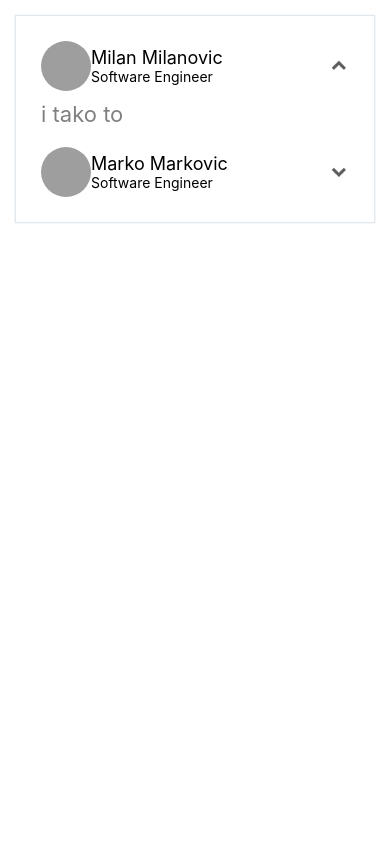
Repository: likanbl/intern-feature
Screen: /, after clicking the first element matching `div.r-alignItems-1awozwy`
These files come from the project's save history. The screen is drawn as it stood at one moment and after the next save; the edit follows.
Pictures or frames that could not be fetched are drawn as grey boxes. The app was drawn by React Native's web renderer in a window 390 px wide. The project was rebuilt for these pictures with package versions that can differ from the ones it lists, and the page was loaded fresh each time.

Above is the screen before, as saved 2019-09-13 13:50:15.

### App.js
/**
 * Sample React Native App
 * https://github.com/facebook/react-native
 *
 * @format
 * @flow
 */

import React, {Component} from 'react';

import Home from './src/components/home/Home';

export default class App extends Component {
  render() {
    return <Home></Home>;
  }
}

### src/components/home/Home.js
import React, {Component} from 'react';
import {View, FlatList, Text, StyleSheet} from 'react-native';
import {Card} from 'react-native-elements';
import {HomeItem} from './HomeItem';

const Data = [
  {
    Name: 'Milan Milanovic',
    role: 'Software Engineer',
    more: {
      linkedIn: 'https://www.linkedin.com/feed/',
      skills: 'JavaScript, React Native',
      additionalInfo:
        'Lorem ipsum dolor sit amet, consectetur adipiscing elit, sed do eiusmod tempor incididunt ut labore et dolore magna aliqua.',
    },
  },
  {
    Name: 'Marko Markovic',
    role: 'Software Engineer',
    more: {
      linkedIn: 'https://www.linkedin.com/feed/',
      skills: 'Python, Machine Learning',
      additionalInfo:
        'Lorem ipsum dolor sit amet, consectetur adipiscing elit, sed do eiusmod tempor incididunt ut labore et dolore magna aliqua.',
    },
  },
];
export default class Home extends Component {
  renderItem = ({item}) => <HomeItem item={item} />;

  render() {
    return (
      <Card>
        <View style={StyleSheet.container}>
          <FlatList
            data={Data}
            renderItem={this.renderItem}
            keyExtractor={Data.id}
          />
        </View>
      </Card>
    );
  }
}

### src/components/home/HomeItem.js
import React, {Component} from 'react';
import {
  View,
  Text,
  Image,
  TouchableWithoutFeedback,
  StyleSheet,
} from 'react-native';
import PropTypes from 'prop-types';
import {images} from '../../assets/images';
import {Avatar} from 'react-native-elements';

const propTypes = {
  item: PropTypes.object,
};

class HomeItem extends Component {
  state = {
    isSelected: false,
  };

  onPress = () => {
    this.setState((prevState, prevProps) => ({
      isSelected: !prevState.isSelected,
    }));
  };

  renderDetails = () => (
    <View style={styles.titleContainer}>
      <Text style={styles.description}>i tako to</Text>
    </View>
  );

  render() {
    const {isSelected} = this.state;
    return (
      <View style={styles.container}>
        <TouchableWithoutFeedback onPress={this.onPress}>
          <View style={styles.titleContainer}>
            <Avatar
              size="medium"
              rounded
              source={{
                uri:
                  'https://s3.amazonaws.com/uifaces/faces/twitter/ladylexy/128.jpg',
              }}
            />
            <View style={styles.nameRole}>
              <Text style={styles.title}>{this.props.item.Name}</Text>
              <Text style={styles.role}>{this.props.item.role}</Text>
            </View>
            <Image
              source={isSelected ? images.close : images.expand}
              style={styles.image}
            />
          </View>
        </TouchableWithoutFeedback>
        {isSelected && this.renderDetails()}
      </View>
    );
  }
}
HomeItem.propTypes = propTypes;

const styles = StyleSheet.create({
  nameRole: {
    flex: 1,
  },
  container: {
    flex: 1,
    flexDirection: 'column',
    margin: 10,
  },
  titleContainer: {
    flexDirection: 'row',
    justifyContent: 'space-around',
    alignItems: 'center',
  },
  title: {
    flex: 1,
    fontSize: 18,
  },
  role: {
    flex: 1,
    fontSize: 14,
  },
  description: {
    flex: 1,
    fontSize: 22,
    color: 'gray',
    paddingTop: 10,
  },
  image: {
    width: 20,
    height: 20,
  },
});

export {HomeItem};

### src/assets/images.js
export const images = {
  expand: require('../../resources/expand.png'),
  close: require('../../resources/close.png'),
};

After the next save:
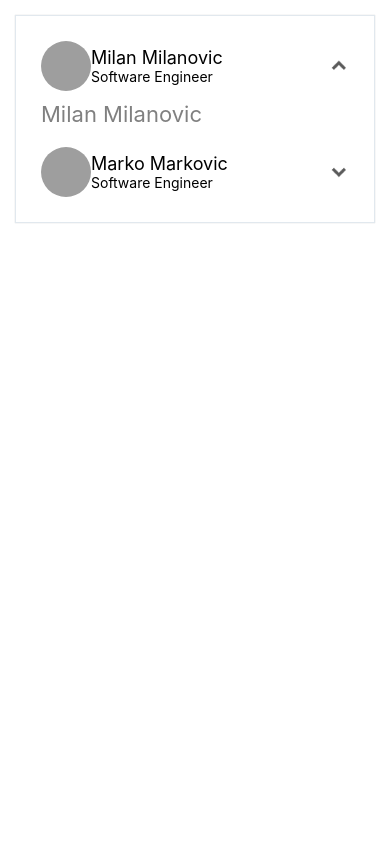
Saved 73 s later.
--- a/src/components/home/HomeItem.js
+++ b/src/components/home/HomeItem.js
@@ -27,7 +27,7 @@ class HomeItem extends Component {
 
   renderDetails = () => (
     <View style={styles.titleContainer}>
-      <Text style={styles.description}>i tako to</Text>
+      <Text style={styles.description}>{this.props.item.Name}</Text>
     </View>
   );
 
